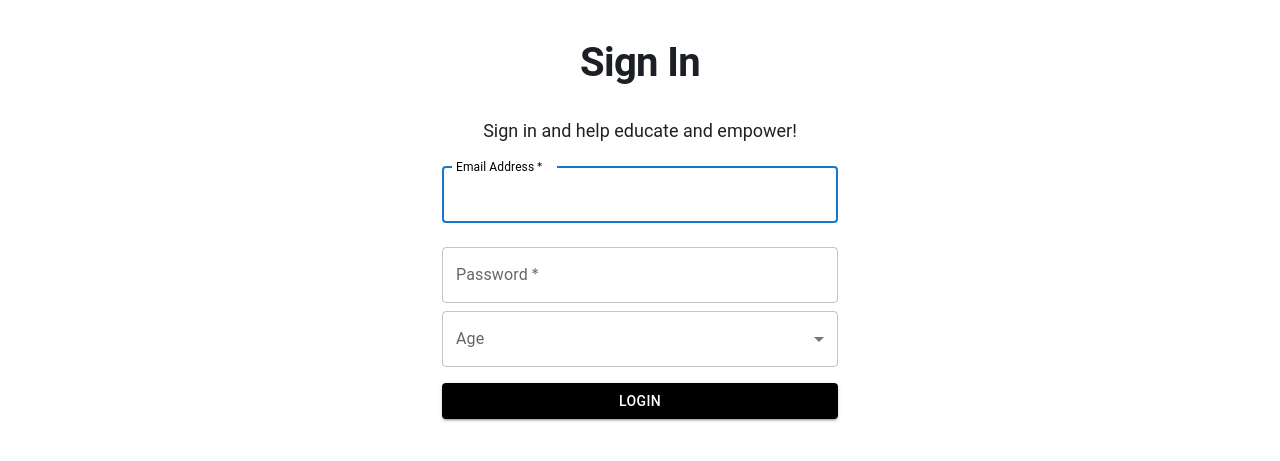
Repository: Deepika9103/WTDashboard
Page: /signin
The author's editor kept a copy of each file at every save. The page is drawn from the files as they stood at one save, then again after the next save.
The browser window is 1280 px wide. The pictures show the whole page.
The project was rebuilt for these pictures with package versions that can differ from the ones it lists, and the page was loaded fresh each time. Some packages were replaced by stand-ins written for this rebuild. Also part of the build but not shown: src/Components/CustomButton.jsx, src/Components/Navbar.jsx, src/Components/Footer.jsx, src/Components/CongratsCard.jsx, src/pages/Hero/Properties.jsx, src/pages/Hero/Hero.jsx, src/pages/Dashboard/Dashboard.jsx, src/Components/layout.jsx and 1 more.

Above is the page before, as saved 2024-03-26 15:06:40.

After the next save:
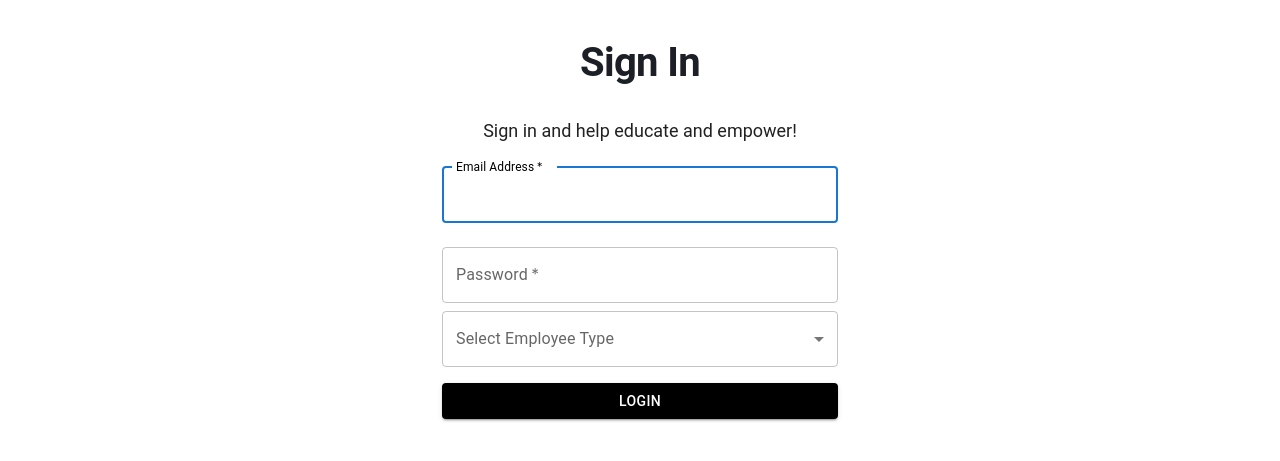
Saved 96 s later.
--- a/src/pages/Sign_in.jsx
+++ b/src/pages/Sign_in.jsx
@@ -34,6 +34,7 @@ const errorMessage = (error) => {
     const searchData = {
       email: data.get('email'),
       password: data.get('password'),
+
     }
     console.log({
       email: data.get('email'),
@@ -160,7 +161,7 @@ const errorMessage = (error) => {
               }}
           />
           <FormControl fullWidth>
-        <InputLabel id="demo-simple-select-label">Age</InputLabel>
+        <InputLabel id="demo-simple-select-label">Select Employee Type</InputLabel>
         <Select
           labelId="demo-simple-select-label"
           id="demo-simple-select"
@@ -168,8 +169,8 @@ const errorMessage = (error) => {
           label="Select Employee Type"
           onChange={handleChange}
         >
-          <MenuItem value={10}>Admin</MenuItem>
-          <MenuItem value={20}>Employee</MenuItem>
+          <MenuItem value={1}>Admin</MenuItem>
+          <MenuItem value={2}>Employee</MenuItem>
           {/* <MenuItem value={30}>Thirty</MenuItem> */}
         </Select>
       </FormControl>
